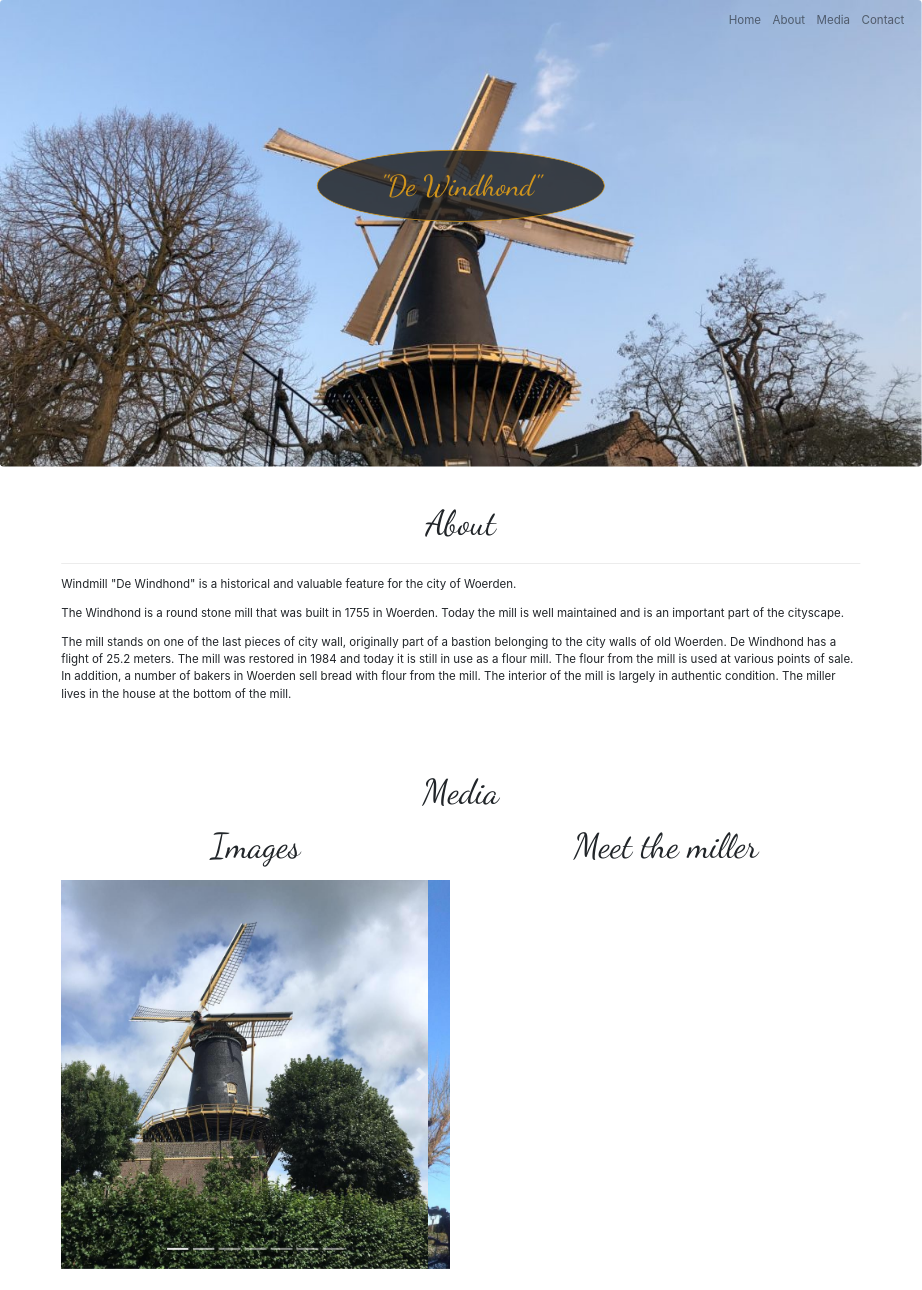
Repository: jdl208/DeWindhond
Page: index.html
The author's editor kept a record of every edit. The page is drawn from the files as they stood at one moment, then again after the next edit.
The browser window is 1280 px wide. The pictures show the whole page, at 72% of full size.
Pictures or frames that could not be fetched are drawn as grey boxes. Some web libraries are served in a nearby version.

Above is the page before.

### index.html
<!DOCTYPE html>
<html lang="en">

<head>
    <meta charset="UTF-8">
    <meta name="viewport" content="width=device-width, initial-scale=1.0">
    <meta http-equiv="X-UA-Compatible" content="ie=edge">
    <title>Windmill "De Windhond"</title>
    <link rel="stylesheet" href="https://stackpath.bootstrapcdn.com/bootstrap/4.3.1/css/bootstrap.min.css" integrity="sha384-ggOyR0iXCbMQv3Xipma34MD+dH/1fQ784/j6cY/iJTQUOhcWr7x9JvoRxT2MZw1T" crossorigin="anonymous">
    <link href="https://fonts.googleapis.com/css?family=Dancing+Script:400,700&display=swap" rel="stylesheet">
    <link rel="stylesheet" href="assets/css/style.css" type="text/css" />

</head>

<body>

    <!-- Header and Navigation-->

    <header class="jumbotron" id="home">
        <nav class="navbar fixed-top navbar-expand-lg navbar-light">
            <div class="navbar-brand" href="#"></div>
            <button class="navbar-toggler" type="button" data-toggle="collapse" data-target="#navbarTogglerDemo02" aria-controls="navbarTogglerDemo02" aria-expanded="false" aria-label="Toggle navigation">
                <span class="navbar-toggler-icon"></span>
            </button>

            <div class="collapse navbar-collapse" id="navbarTogglerDemo02">
                <ul class="navbar-nav ml-auto mt-2 mt-lg-0">
                    <li class="nav-item ml-auto">
                        <a class="nav-link" href="#home">Home <span class="sr-only">(current)</span></a>
                    </li>
                    <li class="nav-item ml-auto">
                        <a class="nav-link" href="#about">About</a>
                    </li>
                    <li class="nav-item ml-auto">
                        <a class="nav-link" href="#media">Media</a>
                    </li>
                    <li class="nav-item ml-auto">
                        <a class="nav-link" href="#contact">Contact</a>
                    </li>
                </ul>
            </div>
        </nav>
        <h1 class="name">"De Windhond"
        </h1>
    </header>

    <!-- About the Mill -->

    <section class="dark-bg-yellow-letters sectioncontainer" id="about">
        <div class="container about">
            <h2>About</h2>
            <hr>
            <p>Windmill "De Windhond" is a historical and valuable feature for the city of Woerden.</P>
            <p>The Windhond is a round stone mill that was built in 1755 in Woerden. Today the mill is well maintained and is an important part of the cityscape.</p>
            <p>The mill stands on one of the last pieces of city wall, originally part of a bastion belonging to the city walls of old Woerden. De Windhond has a flight of 25.2 meters. The mill was restored in 1984 and today it is still in use as a flour
                mill. The flour from the mill is used at various points of sale. In addition, a number of bakers in Woerden sell bread with flour from the mill. The interior of the mill is largely in authentic condition. The miller lives in the house
                at the bottom of the mill.
            </p>
        </div>
    </section>

    <section id="media" class="sectioncontainer mediabox">
        <div class="container ">
            <H2>Media</H2>
            <div class="row">
                <div class="col-md-6 imagebox">
                    <h3>Images</h3>
                    <div id="carouselExampleIndicators" class="carousel slide mediacarroussel" data-ride="carousel">
                        <ol class="carousel-indicators">
                            <li data-target="#carouselExampleIndicators" data-slide-to="0" class="active"></li>
                            <li data-target="#carouselExampleIndicators" data-slide-to="1"></li>
                            <li data-target="#carouselExampleIndicators" data-slide-to="2"></li>
                            <li data-target="#carouselExampleIndicators" data-slide-to="3"></li>
                            <li data-target="#carouselExampleIndicators" data-slide-to="4"></li>
                            <li data-target="#carouselExampleIndicators" data-slide-to="5"></li>
                            <li data-target="#carouselExampleIndicators" data-slide-to="6"></li>
                        </ol>
                        <div class="carousel-inner">
                            <div class="carousel-item active">
                                <img src="assets/images/img1.jpg" class="d-block" alt="...">
                            </div>
                            <div class="carousel-item">
                                <img src="assets/images/img2.jpg" class="d-block" alt="...">
                            </div>
                            <div class="carousel-item">
                                <img src="assets/images/img3.jpg" class="d-block" alt="...">
                            </div>
                            <div class="carousel-item">
                                <img src="assets/images/img4.jpg" class="d-block" alt="...">
                            </div>
                            <div class="carousel-item">
                                <img src="assets/images/img5.jpg" class="d-block" alt="...">
                            </div>
                            <div class="carousel-item">
                                <img src="assets/images/img6.jpg" class="d-block" alt="...">
                            </div>
                            <div class="carousel-item">
                                <img src="assets/images/img7.jpg" class="d-block" alt="...">
                            </div>
                        </div>
                        <a class="carousel-control-prev" href="#carouselExampleIndicators" role="button" data-slide="prev">
                        <span class="carousel-control-prev-icon" aria-hidden="true"></span>
                        <span class="sr-only">Previous</span>
                    </a>
                        <a class="carousel-control-next" href="#carouselExampleIndicators" role="button" data-slide="next">
                        <span class="carousel-control-next-icon" aria-hidden="true"></span>
                        <span class="sr-only">Next</span>
                    </a>
                    </div>
                </div>
                <div class="col-md-6">
                    <h3>Meet the miller</h3>
                    <iframe width="100%" height="315" src="https://www.youtube.com/embed/lAjF5r5rAqM" frameborder="0" allow="accelerometer; autoplay; encrypted-media; gyroscope; picture-in-picture" allowfullscreen></iframe>
                </div>
            </div>
        </div>
    </section>
    <section class="contact">

    </section>
    <footer>


    </footer>

    <script src="https://code.jquery.com/jquery-3.3.1.slim.min.js" integrity="sha384-q8i/X+965DzO0rT7abK41JStQIAqVgRVzpbzo5smXKp4YfRvH+8abtTE1Pi6jizo" crossorigin="anonymous"></script>
    <script src="https://cdnjs.cloudflare.com/ajax/libs/popper.js/1.14.7/umd/popper.min.js" integrity="sha384-UO2eT0CpHqdSJQ6hJty5KVphtPhzWj9WO1clHTMGa3JDZwrnQq4sF86dIHNDz0W1" crossorigin="anonymous"></script>
    <script src="https://stackpath.bootstrapcdn.com/bootstrap/4.3.1/js/bootstrap.min.js" integrity="sha384-JjSmVgyd0p3pXB1rRibZUAYoIIy6OrQ6VrjIEaFf/nJGzIxFDsf4x0xIM+B07jRM" crossorigin="anonymous"></script>
    <script src="https://kit.fontawesome.com/70761e8d6e.js"></script>

</body>

</html>

### assets/css/style.css
@import url('https://fonts.googleapis.com/css?family=Dancing+Script:400,700&display=swap');

/* ---------------------------------------------- Colors */

.dark-bg {
    color: rgb(209, 149, 28);
    background-color: rgba(29, 29, 29, 1);
}
.light-bg {
    background-color: rgb(209, 149, 28);
    color: rgb(29, 29, 29);
}
.block-divider {
    width: 75px;
    height: 5px;
    border: 0;
    border-radius: 15px;
    margin-bottom: 40px;
}

.yellow-divider {
        background-color: rgb(209, 149, 28);
}

.dark-divider {
        background-color: rgb(29, 29, 29);
}

/* ---------------------------------------------- Heading */

h2,
h3 {
    font-family: "dancing script";
    text-align: center;
    font-size: 3rem;
    padding-bottom: 10px;
}

/* ---------------------------------------------- Header and navbar */

.navbar {
    background: none;
}

.navbar-light {
    color: rgba(29, 29, 29, 1);
}

.jumbotron {
    height: 90vh;
    background: url(../images/mill-outside-full.jpg);
    background-position: top;
    background-size: cover;
    background-repeat: no-repeat;
    margin-bottom: 0;
}

.name {
    color: rgb(209, 149, 28);
    background-color: rgba(29, 29, 29, 0.8);
    border: rgb(209, 149, 28) solid 1px;
    height: 100px;
    width: 400px;
    max-width: 75vw;
    padding-top: 25px;
    border-radius: 100%;
    margin: auto;
    margin-top: 20vh;
    text-align: center;
    font-family: "dancing script";
}

/* ---------------------------------------------- About */

/* ---------------------------------------------- Media */

.carousel-item {
    height: 75vh;
    background-color: rgba(29, 29, 29, 0.2);
}

.sectioncontainer {
    padding-top: 50px;
    padding-bottom: 30px;
}

.carousel-item img {
    margin: auto;
    height: 75vh;
}

After the next edit:
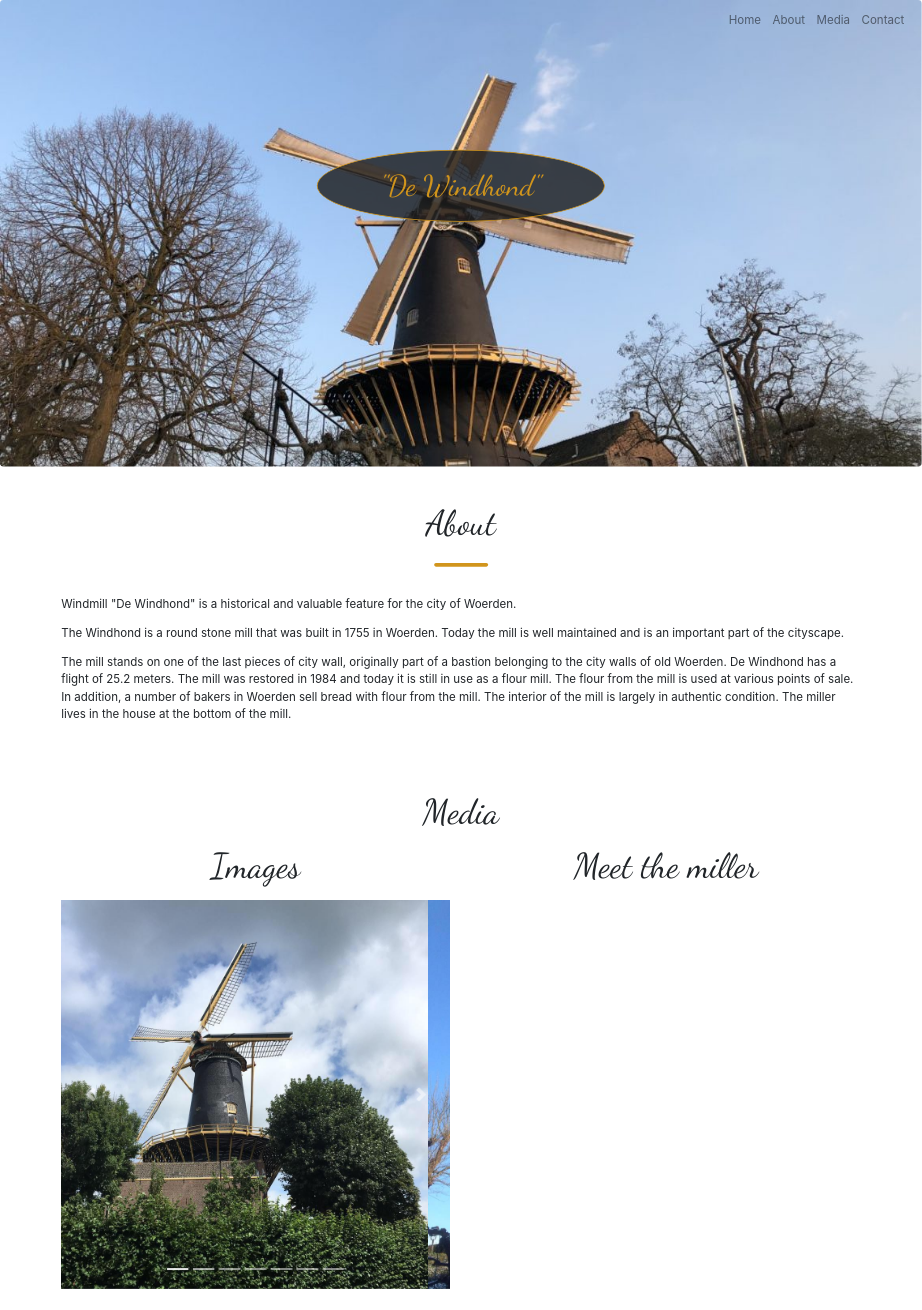
The edit:
--- a/index.html
+++ b/index.html
@@ -49,7 +49,7 @@
     <section class="dark-bg-yellow-letters sectioncontainer" id="about">
         <div class="container about">
             <h2>About</h2>
-            <hr>
+            <hr class="block-divider yellow-divider">
             <p>Windmill "De Windhond" is a historical and valuable feature for the city of Woerden.</P>
             <p>The Windhond is a round stone mill that was built in 1755 in Woerden. Today the mill is well maintained and is an important part of the cityscape.</p>
             <p>The mill stands on one of the last pieces of city wall, originally part of a bastion belonging to the city walls of old Woerden. De Windhond has a flight of 25.2 meters. The mill was restored in 1984 and today it is still in use as a flour
